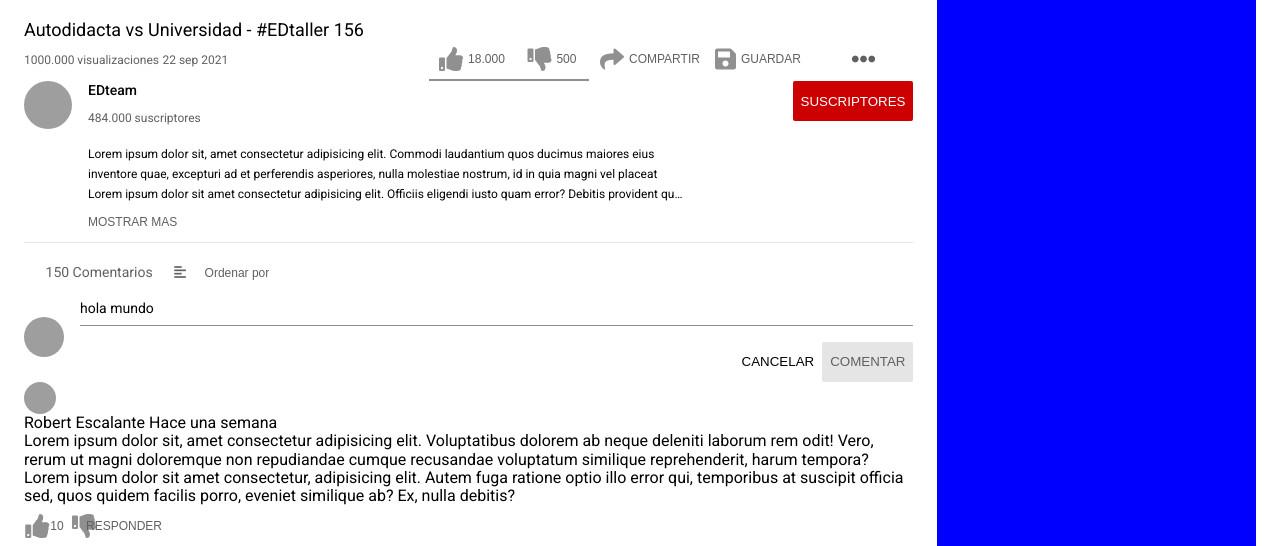
Repository: RobertAries28/ClonYoutube
Page: video.html
An editor plug-in stored every save of this project. The page is shown before and after the next save, followed by the edit.
The browser window is 1280 px wide. The pictures show the part of the page from y = 580 to 1126 px (the page is 1126 px tall).
Pictures or frames that could not be fetched are drawn as grey boxes. Some web libraries are served in a nearby version.

Above is the page before, as saved 2021-09-26 10:45:13.

### video.html
<!DOCTYPE html>
<html lang="en">
<head>
    <meta charset="UTF-8">
    <meta http-equiv="X-UA-Compatible" content="IE=edge">
    <meta name="viewport" content="width=device-width, initial-scale=1.0">
    <link rel="stylesheet" href="style.css">
    <link rel="stylesheet" href="https://use.fontawesome.com/releases/v5.8.1/css/all.css" integrity="sha384-50oBUHEmvpQ+1lW4y57PTFmhCaXp0ML5d60M1M7uH2+nqUivzIebhndOJK28anvf" crossorigin="anonymous">

    <title>Document</title>
</head>
<body class="video-page scroll">
    <header class="main-header">
        <div class="place-center button-container">
             <button class=" action-button fas fa-align-justify"></button>
             <img class="logo" src="data:[embedded picture, 3218 characters]" alt="">
         </div>


        <div class="middle place-center">
            <form class=" place-center form-search">
                <input type="search" placeholder="Buscar" class="input">
               <button class="submit fas fa-search" data-tooltip="Buscar"></button>
             </form>

            <button data-tooltip="Haz busqueda por voz" class=" action-button fas fa-microphone"></button>
        </div>

        <div class="place-center button-container">


         <button data-tooltip="Crear" class=" action-button fas fa-video"></button>
         <button data-tooltip="Aplicaciones de youtube" class=" action-button fas fa-th"></button>
         <button  data-tooltip="Notificaciones" class=" action-button fas fa-bell"></button>
         <div class="user">
            <div class="user-avatar">

                <img class="image" src="https://i.pinimg.com/280x280_RS/7d/d0/f4/7dd0f465ad261b24bc09a1508da78cc1.jpg" alt="">
            </div>
         </div>
        </div>
    </header>

    <div class="video-page-grid">
       <main class="video-column">
           <div class="video-player">
        <iframe src="https://www.youtube.com/embed/qacThCclSqQ" title="YouTube video player" frameborder="0" allow="accelerometer; autoplay; clipboard-write; encrypted-media; gyroscope; picture-in-picture" allowfullscreen></iframe>
        <h1 class="title">Autodidacta vs Universidad - #EDtaller 156</h1>

        <div class="actions">
         <div>
            <p class="video-information">
         <span class="views">1000.000 visualizaciones</span>
         <span>22 sep 2021</span>
          </p>

        </div>

        <div class="button-container">
            <div class="buttons-container likes">
                <button
                data-tooltip="Me gusta este video"
                class="action-button has-text"
                >
                <i class=" icon fas fa-thumbs-up"></i>
                <span>18.000</span>
                </button>

                <button
                data-tooltip="No gusta este video"
                class="action-button has-text"
                >
                <i class=" icon fas fa-thumbs-down"></i>
                <span>500</span>
                </button>
                </div>

                <button
                data-tooltip="Compartir"
                class="action-button has-text"
                >
                <i class="icon fas fa-share"></i>
                <span>Compartir</span>
                </button>

                <button
                data-tooltip="Guardar"
                class="action-button has-text"
                >
                <i class=" icon fas fa-save"></i>
                <span>Guardar</span>
                </button>


                <button

                class="action-button"
                >
                <i class="fas fa-ellipsis-h icon"></i>

                </button>

        </div>
        </div>
    </div>

    <section class="video-player-information flex">
        <div class="user-avatar">

            <img class="image" src="https://i.pinimg.com/280x280_RS/7d/d0/f4/7dd0f465ad261b24bc09a1508da78cc1.jpg" alt="">
        </div>

        <div class="content">
           <header class="header flex">
               <div>
               <a href="#" class="channel-name" data-tooltip="EDteam">EDteam</a>
               <p class="subs-count">484.000 suscriptores</p>
            </div>
               <button class="button">Suscriptores</button>
            </header>

            <p>Lorem ipsum dolor sit, amet consectetur adipisicing elit. Commodi laudantium quos ducimus maiores eius inventore quae, excepturi ad et perferendis asperiores, nulla molestiae nostrum, id in quia magni vel placeat Lorem ipsum dolor sit amet consectetur adipisicing elit. Officiis eligendi iusto quam error? Debitis provident quos nobis quisquam culpa qui velit. Iure fugiat maiores beatae quae ipsam, aperiam soluta nam!</p>
            <button class=" boton has-text">
                <span>Mostrar mas</span>
            </button>
        </div>

    </section>
    <hr class="big"/>
    <section class="comments-section">
     <header class="comments-information comentario">
          <p>150 Comentarios</p>
          <button class=" bot has-text">
            <i class="icon fas fa-align-left"></i>
            <span>Ordenar por</span>
          </button>
     </header>

     <div class="comment-form flex">
        <div class="user-avatar">

            <img class="image" src="https://i.pinimg.com/280x280_RS/7d/d0/f4/7dd0f465ad261b24bc09a1508da78cc1.jpg" alt="">
        </div>

        <div class="form">
        <div class="input" contenteditable>hola mundo</div>
        <div class="buttons-container">
           <button class="button link">Cancelar</button>
           <button class="button disabled">Comentar</button>
        </div>
    </div>

     </div>

     <div class="comments-grid">
         <article class="comment">
            <div class="user-avatar">

                <img class="image" src="https://i.pinimg.com/280x280_RS/7d/d0/f4/7dd0f465ad261b24bc09a1508da78cc1.jpg" alt="">
            </div>

            <div class="content">
                <header class="header">
                    <a>Robert Escalante</a>
                    <time class="time">Hace una semana</time>
                </header>
                <p class="text">Lorem ipsum dolor sit, amet consectetur adipisicing elit. Voluptatibus dolorem ab neque deleniti laborum rem odit! Vero, rerum ut magni doloremque non repudiandae cumque recusandae voluptatum similique reprehenderit, harum tempora? Lorem ipsum dolor sit amet consectetur, adipisicing elit. Autem fuga ratione optio illo error qui, temporibus at suscipit officia sed, quos quidem facilis porro, eveniet similique ab? Ex, nulla debitis?</p>
               <footer class="buttons-container">
                   <button class="action-button has-text">
                    <i class="icon fas fa-thumbs-up"></i>
                       <span class="count">10</span>
                   </button>

                   <button class="action-button has-text">
                    <i class="icon fas fa-thumbs-down"></i>

                </button>

                <button class="action-button has-text">
                   <span>Responder</span>
                </button>

               </footer>
            </div>
         </article>
     </div>

    </section>
    </main>
       <aside class="cards-sidebar">
        <p>hola</p>
       </aside>
    </div>
</body>
</html>

### style.css

@import url('https://fonts.googleapis.com/css2?family=Roboto:wght@400;500&display=swap');

*{
    margin:  0;
    padding: 0;
    box-sizing: border-box;
}

 /* variables globales */

:root{
    /* colores*/
    --accent-color: #ff0000;
    --grey-color: #909090;
    --grey-color-alt: #CCC;
    --border-color: rgba(0,0,0,0.1);

    /*colores de fondo*/
    --bg-color: #fff;
     --bgcolor-alt: #f9f9f9;
     --bg-color-active: #e5e5e5;

     /*colores de texto*/

     --text-color: #030303;
     --text-color-alt: #606060;
     --text-color-white: #fff;

  /* fuentes */
     --body-font : 'Roboto',sans-serif;


     /* Tamaño de texto*/
--big-font-size: 1.125rem;
--normal-font-size: 1rem;
--small-font-size: 0.875rem;
--smaller-font-size: 0.75rem;
--font-bold: 500;

/* otros*/
  --header-height: 56px;
  --z-tooltip: 25;
  --z-fixed: 100;
  --border-radius: 2px;


  /* scroll */
--scroll-size: 16px;
--scroll-bg: transparent;
--scroll-radius:8px;
--scroll-padding:4px;
--thumb-bg: var(--grey-color);
--thumb-bg-alt:var(--grey-color-alt);
}




/*----- scroll ---*/
.scroll::-webkit-scrollbar{
    width: var(--scroll-size);
    height: var(--scroll-size);
}

.scroll::-webkit-scrollbar-thumb{
    background-color: var(--thumb-bg);
    border-radius: var(--scroll-radius);
    border: var(--scroll-padding) solid transparent;
    background-clip: content-box;
}

.scroll::-webkit-scrollbar-thumb:hover{
    background-color: var(--thumb-bg-alt);
}

.scroll:not(body)::-webkit-scrollbar-thumb{
    display: none;
    background-color: var(--thumb-bg-alt);
}

.scroll:not(body):hover::-webkit-scrollbar-thumb{
    display: block;
}






body{
    font-family: var(--body-font);
    background-color: var(--bg-color-alt);
     line-height: 1.15rem;
     padding-top: var(--header-height);
     padding-left: 240px;
}

h1,h2,h3,h4,h5,h6,b{
    font-weight: var(--font-bold);
}

hr{
    --spacing: 0.75rem;
    border: none;
    border-bottom: 1px solid var(--border-color);
    margin-bottom: var(--spacing);
    padding-top: var(--spacing);

}

img{
    width: 100%;
}

.place-center{
    display: flex;
    justify-content: center;
    align-items: center;
}

.button-container{
    display: flex;
    gap: 0.5rem;
}

/******------cabecera principal -----***/

.main-header{
    height: var(--header-height);
     background-color: var(--bg-color);
    display: flex;
    justify-content: space-between;
    padding: 0 1rem;
    align-items: center;
    position: fixed;
    width: 100%;
    left: 0;
    top: 0;
    z-index: var(--z-fixed);

}

.main-header img{
    height: 56px;
}

.main-header .logo{
    width: 6rem;
}

.main-header .middle{
    flex-basis: 720px;

    padding: 0 2rem;
}

.main-header .form-search{
 flex-grow: 1;
 align-items: stretch;
}

.main-header .input{
    flex-grow: 1;
    padding: 0.5rem;
    border: 1px solid var(--border-color);
    border-right: 0;
    border-radius: var(--border-radius) 0 0 var(--border-radius);


}

.main-header .submit{
    padding: 0 1.5rem;
    border: 1px solid var(--border-color);
    font-size: 1.25rem;
    color: var(--text-color-alt);
    border-radius: 0 var(--border-radius) var(--border-radius) 0;
    cursor: pointer;
}



/*----Avatar del usuario----*/
.user-avatar{
    --size: 2rem;
    width:  var(--size);
    height: var(--size);
    cursor: pointer;
    flex: none;

}

.user{
    padding: 0 1rem;
}

.user-avatar .image{
    width: 100%;
    height: 100%;
    object-fit: cover;
    border-radius: 50%;
}


/* Botones de accion **/
.action-button , .action-button .icon{
    --size: 2.5rem;
    height: var(--size);
    width: var(--size);
    display: flex;
    justify-content: center;
    align-items: center;
    border: 1px solid transparent;
    background: none;
    transition: border-color 1s;
    cursor: pointer;
}

.action-button::before,
.action-button .icon{
    color: var(--text-color-alt);
    font-size: 1.5rem;
}

.action-button.has-text{
    text-transform: uppercase;
    color: var(--text-color-alt);
    font-weight: var(--font-bold);
    font-size: var(--small-font-size);
}

.action-button.has-text .icon{
    --size: 2.25rem;
    color: var(--grey-color);
}

.action-button:not(.has-text),
.action-button .icon{
    width: var(--size);
    border-bottom: 50%;
    border-radius: 50%;
}
.action-button::before{
    color: var(--text-color-alt);
    font-size: 1.5rem;
}

.action-button:not(.has-text):active,
.action-button .icon:active{
    background-color: var(--bg-color-active) ;
    border-color: var(--bg-color-active);
}


/* tooltip*/
[data-tooltip]{
    position: relative;
}

[data-tooltip]:hover::after{
    opacity: 1;
}

[data-tooltip]::after{
    content: attr(data-tooltip);
    position: absolute;
    left: 50%;
    top: 3.5rem;
    transform: translateX(-50%);
    padding: 0.5rem;
    background-color: var(--text-color-alt);
    color: var(--text-color-white);
    font-family: var(--body-font);
    font-size: var(--smaller-font-size);
    border-radius: var(--border-radius);
       white-space: nowrap;
       opacity: 0;
    pointer-events:none;
    transition: opacity 0.5s;
    z-index: var(--z-tooltip);
}


/***** menu lateral***/

.main-sidebar{
    --main-nav-padding: 0.5rem 1.5rem;
    position: fixed;
    top: var(--header-height);
    height: calc(100vh - var(--header-height));
    width: 240px;
    padding: 0.75rem 0;

    overflow: auto;
    left: 0;
    z-index: 1;
}


/****** items de navegacion ****/
.main-nav .link{
    display: flex;
    align-items: center;
    padding: var(--main-nav-padding);
    color: var(--text-color);
    font-size: var(--smaller-font-size);
    text-decoration: none;

    font-size: 1rem;
    white-space: nowrap;
}

.main-nav .link.is-active, .main-nav .link:hover{
    background-color: var(--bgcolor-alt);
}

.main-nav .link.is-active{
    font-weight: var(--font-bold);
}

.main-nav .link.is-active .icon{
    color: var(--accent-color);
}

.main-nav .link .icon{
    margin-right: 1.5rem;
    font-size: 1.5rem;
    color: var(--text-color-alt);

}

.user-avatar2{
    margin-right: 1.5rem;
    --size:1.5rem;
    width:  var(--size);
    height: var(--size);
    cursor: pointer;
    flex: none;
}

.user-avatar2 .image{
    width: 100%;
    height: 100%;
    object-fit: cover;
    border-radius: 50%;
}

span{
    font-size: var(--smaller-font-size);
}

/* Titulo de secciones en navegacion lateral */
.nav-title{
    padding: var(--main-nav-padding);
    color: var(--text-color-alt);
    font-size: var(--smaller-font-size);
    text-transform: uppercase;
}

.is-new{
    font-size: 0.5rem;
    color: #065FD4;
    margin-left: auto;
}

.is-in-live{
    font-size: 0.5rem;
    color: var(--accent-color);
    margin-left: auto;
}


/* footer de la navegacion */
.main-nav-footer{
    display: grid;
    gap: 0.75rem;
    padding: var(--main-nav-padding);
    font-size: var(--smaller-font-size);
}

.main-nav-footer .link-footer{
    margin-right: 0.5rem;
    line-height: 1.4;
    text-decoration: none;
    font-weight: var(--font-bold);
    color: var(--text-color-alt);
}

.copyright{
    opacity: 0.6;
    color: var(--text-color-alt);
    margin: 0;
}

/* ------ tarjeta de video ------*/


 .card-video a{
     text-decoration: none;
     color: inherit;
 }

 .card-video .cover {
     display: block;
     position: relative;
     aspect-ratio: 16 / 9;
   margin-bottom: 0.75rem;
 }
 .card-video .image{
     display: block;
     height: 100%;
     object-fit: cover;
 }

 .card-video .time{
     position: absolute;
     padding: 0 0.25rem;
     right: 0.5rem;
     bottom: 0.5rem;
     background-color: rgba(0,0,0,0.8);
     color: var(--text-color-white);
     font-size: var(--smaller-font-size);
      border-radius: var(--border-radius);
    }

    .card-video .user-avatar{
        --size: 36px;
        margin-right: 0.75rem;
    }

    .card-video .content{
        font-size: var(--small-font-size);
        color: var(--text-color-alt);
    }

    .card-video .title{
        color: var(--text-color);
        margin-bottom: 0.25rem;
    }


    .punto{
        font-size: 20px;
        padding: 0 5px;
    }


.flex{
    display: flex;
}


/* ---- grid de videos ---*/
.card-grid{
    display: grid;
    grid-template-columns: repeat(auto-fill, minmax(300px,1fr));
    gap: 2rem 1rem;
    padding: 1rem 2rem;
    max-width: 1800px;
    margin-inline: auto;
}



/*Clases para recortar las lineas de texto */
[class*='rows-text']{
    display: -webkit-box;
    -webkit-line-clamp: 1;
    -webkit-box-orient: vertical;
    overflow: hidden;
}




/* pagina de video */
body.video-page{
    padding-left: 0;

}

.video-page-grid{
    --gap-page: 1.5rem;
    width: calc(100% - (var(--gap-page)*2));
    display: grid;
    grid-template-columns: repeat(11,1fr);
    margin-inline: auto;
    gap: var(--gap-page);
    padding-top: var(--gap-page);
}

.video-column{

    grid-column-start: span 8;
}

.cards-sidebar{
    background-color: blue;
    grid-column-start: span 3;
}

iframe{
    aspect-ratio: 16 / 9;
    width: 100%;
    margin-bottom: 1rem;
}

.video-player .title{
    font-weight: normal;
    font-size: var(--big-font-size);
}

.video-player .video-information{
    font-size: var(--small-font-size);
    color: var(--text-color-alt);
}


.actions{
    display: flex;
    justify-content: space-between;
    align-items: center;
}

.likes{
    display: flex;



}

.button-container{
    display: flex;
    justify-content: space-between;
}

.action-button.has-text{
    padding: 10px;
}

.button-container button{
    margin-inline: 30px;
}

.likes button{
    margin-inline: 20px;
}



.likes button i, .button-container button i{
    margin-inline: 4px;
}

.video-player .buttons-container.likes{
    border-bottom: 2px solid var(--grey-color);
}


.flex{
    display: flex;
}

.video-player-information{
    gap: 1rem;
    color: var(--text-color);
}

.video-player-information .user-avatar{
    --size:3rem;
}

.video-player-information .channel-name{
    color: inherit;
    text-decoration: none;
    font-size: var(--small-font-size);
    font-weight: var(--font-bold);
}

.video-player-information .subs-count{
    color: var(--text-color-alt);
    font-size: var(--smaller-font-size);
}

.button{
    --button-color: #CC0000;
    --text-button-color: white;
    --cursor-button: pointer;

    background-color: var(--button-color);
    color: var(--text-button-color);
    padding: 0rem 0.5rem;
    text-transform: uppercase;
    font-weight: var(--font-bold);
    border: none;
    border-radius: var(--border-radius);
    cursor: var(--cursor-button);
    margin-left: auto;
    height: 40px;

}

.content{
    width: 100%;
}

.video-player-information p{
    max-width: 600px;
    line-height: 1.25rem;
    display: -webkit-box;
    -webkit-line-clamp: 3;
    -webkit-box-orient: vertical;
    overflow: hidden;
    margin: 8px 0;
    font-size: var(--smaller-font-size);
}

.boton{
    background-color: white;
    border: none;
    font-size: var(--small-font-size);
    color: var(--text-color-alt);
    text-transform: uppercase;
}

.comentario{
    display: flex;
  width: 30%;
  justify-content: space-evenly;
  align-items: center;
  margin-top: 20px;
  font-size: var(--small-font-size);
  color: var(--text-color-alt);

}

hr.big{
    margin-bottom: 1rem;
}

.bot{
    background-color: white;
    border: none;

    color: var(--text-color-alt);
}

.bot i{
    margin-right: 15px;
}

.comment-form{
    gap: 1rem;
    align-items: center;
    margin-top: 10px;
}

.comment-form .user-avatar{
    --size: 2.5rem
}

.comment-form .form{
    display: flex;
    flex-direction: column;
    flex-grow: 1;
}

.comment-form .input{
    position: relative;
    margin-bottom: 1rem;
    box-shadow: 0 -1px inset var(--grey-color);
    outline: none;
    padding: 0.5rem 0;
    font-size: var(--small-font-size);
}

.comment-form .input:empty:before{
    content: 'Agregar un comentario publico';
    color: var(--text-color-alt);
}

.comment-form .input::after{
    content:'';
    position: absolute;
    bottom:0;
    left: 50%;
    width: 0;
    height: 2px;
    background-color: #000;
    transition: left 1s, width 1s;





}

.comment-form .input:focus::after{
    width: 100%;
    left: 0;
}


.button.disabled{
    --button-color: var(--bg-color-active);
    --text-button-color:var(--text-color-alt);
    --cursor-button: initial
}

.button.link{
    --text-button-color:var(--text-color);
    background-color: white;

}

.comment-form .buttons-container{
    margin-left: auto;
}

.buttons-container{
    display: flex;
}

After the next save:
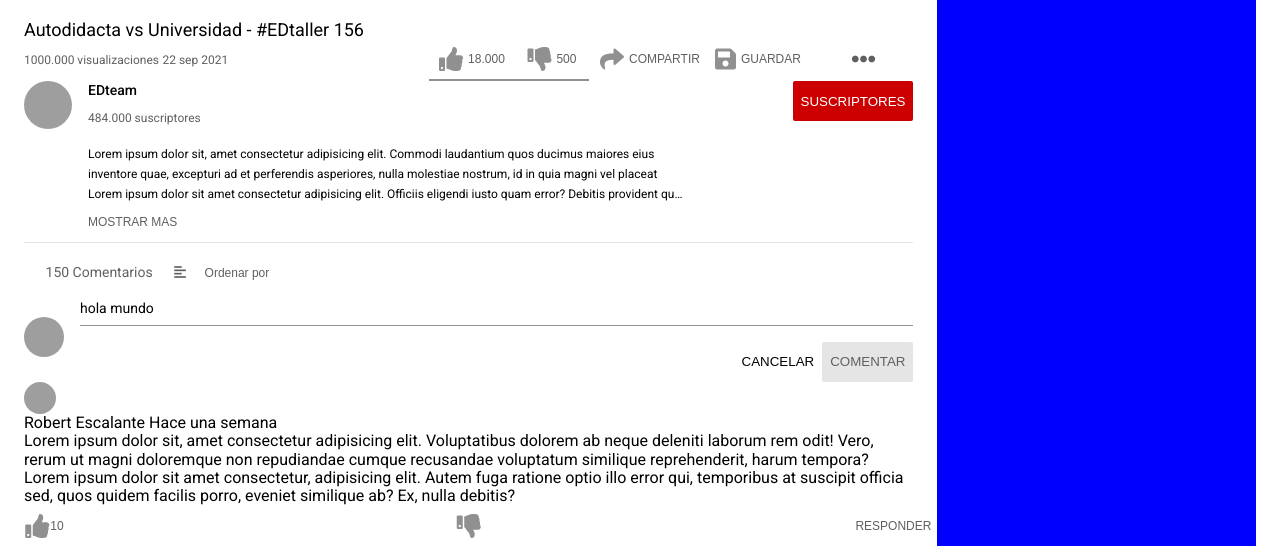
Saved 34 s later.
--- a/style.css
+++ b/style.css
@@ -720,4 +720,5 @@ hr.big{
 
 .buttons-container{
     display: flex;
-}
+    justify-content: space-between;
+}
